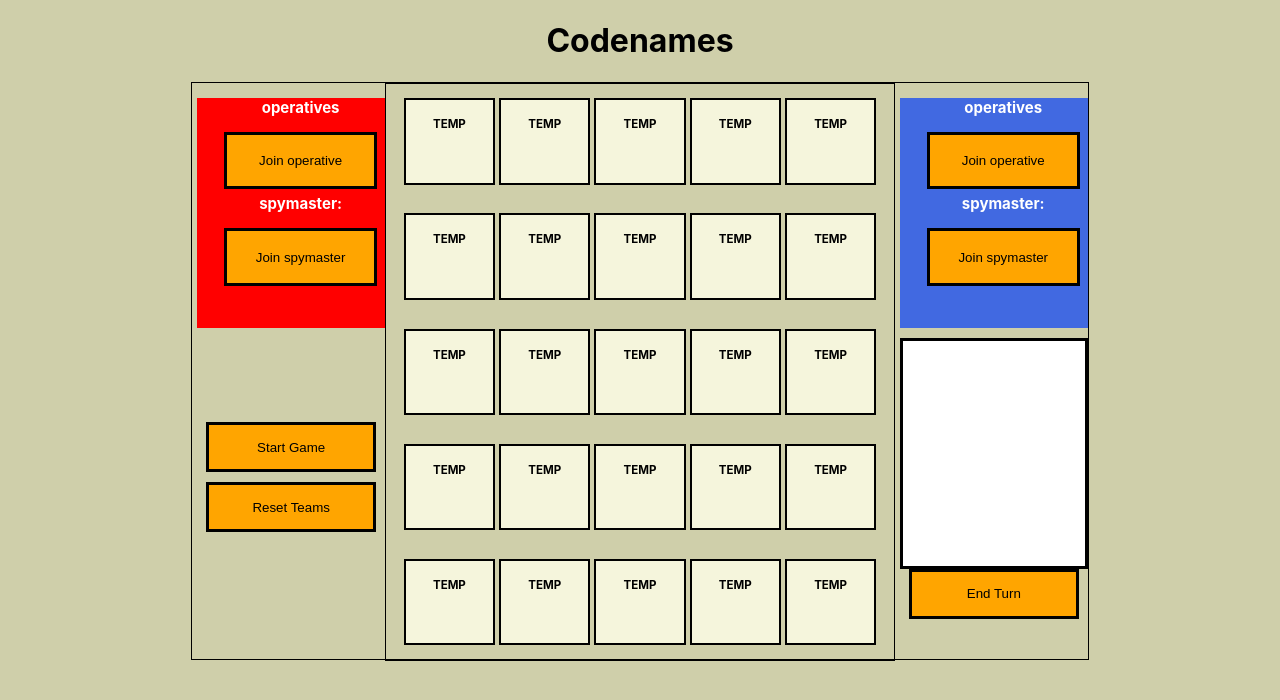
Repository: alcarrizo/Codenames-Fullstack
Page: / (app in client/)
An editor plug-in stored every save of this project. The page is shown before and after a run of saves, followed by the edit.
The browser window is 1280 px wide. The pictures show the whole page.
The project was rebuilt for these pictures with package versions that can differ from the ones it lists, and the page was loaded fresh each time. Imported but missing from the stored project, and not drawn on this page: client/src/reportWebVitals.

Above is the page before, as saved 2023-01-09 20:31:17.

After the next 2 saves:
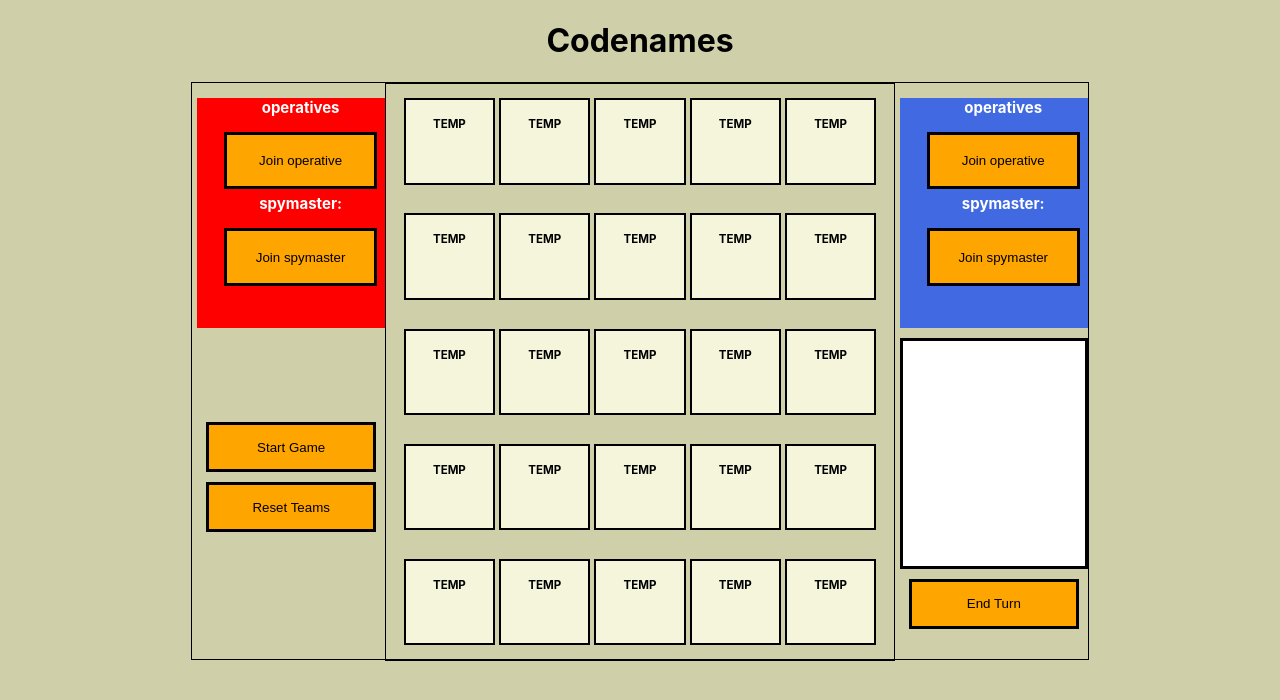
The 2 saves are shown as one change because they came seconds apart.
The last was saved 19 s later.
--- a/client/src/css/styles.css
+++ b/client/src/css/styles.css
@@ -169,7 +169,7 @@
     color: black;
     width: 100%;
     height: 40%;
-    margin-top: 10px;
+    margin: 10px 0;
     padding-left: 10px;
     background-color: white;
     box-sizing: border-box;

After the save that followed:
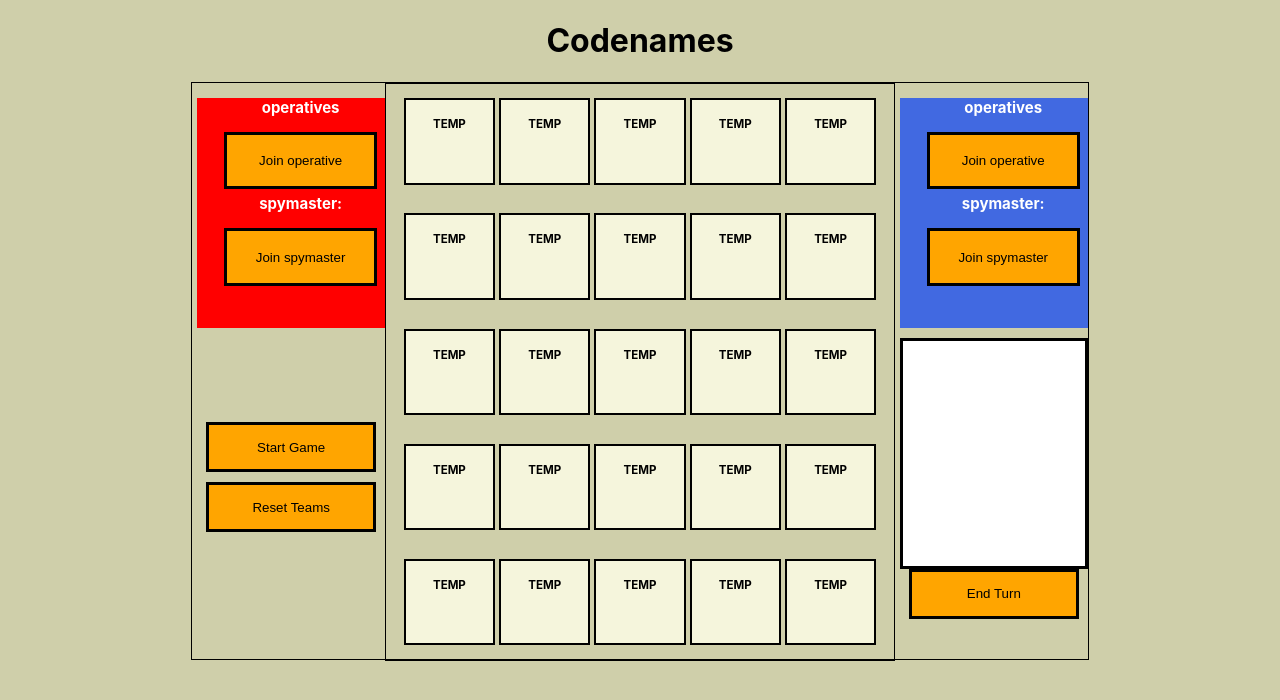
Saved 5 s later.
--- a/client/src/css/styles.css
+++ b/client/src/css/styles.css
@@ -169,7 +169,7 @@
     color: black;
     width: 100%;
     height: 40%;
-    margin: 10px 0;
+    margin: 10px 0 0;
     padding-left: 10px;
     background-color: white;
     box-sizing: border-box;
